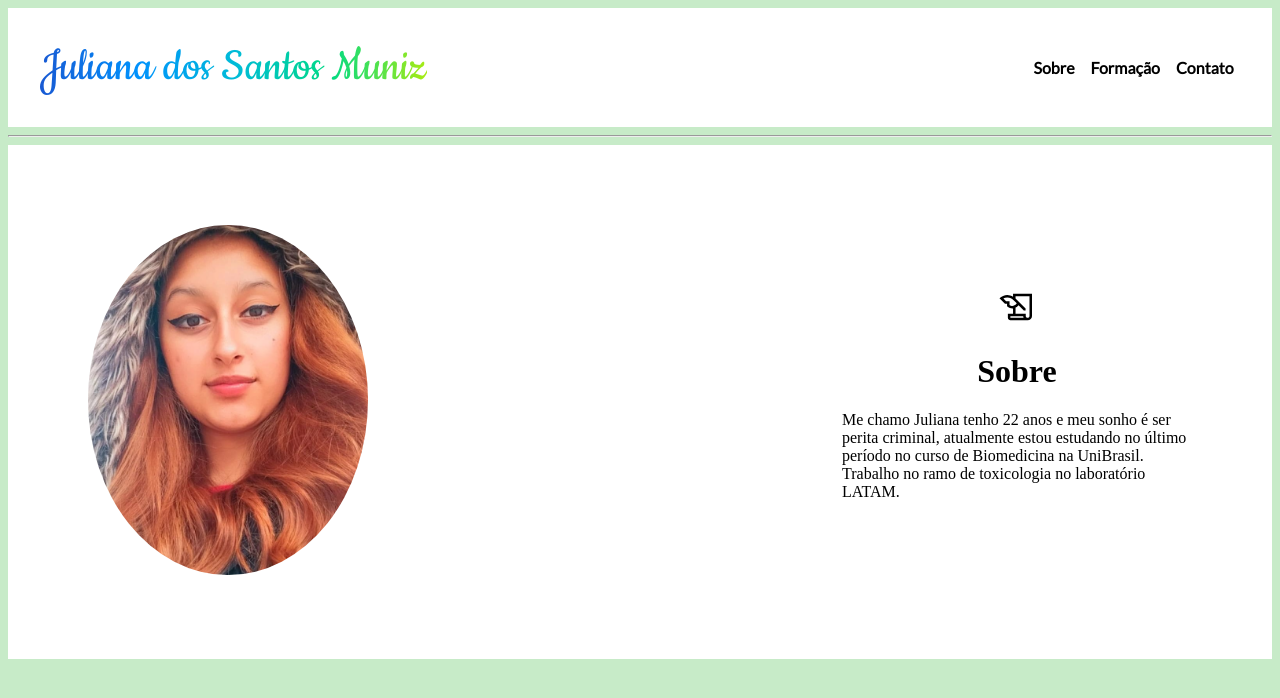
Repository: joaovnogueira/Portfolio-Juliana
Page: index.html
An editor plug-in stored every save of this project. The page is shown before and after the next save, followed by the edit.
The browser window is 1280 px wide. The pictures show the whole page.

Above is the page before, as saved 2022-06-14 16:13:03.

After the next save:
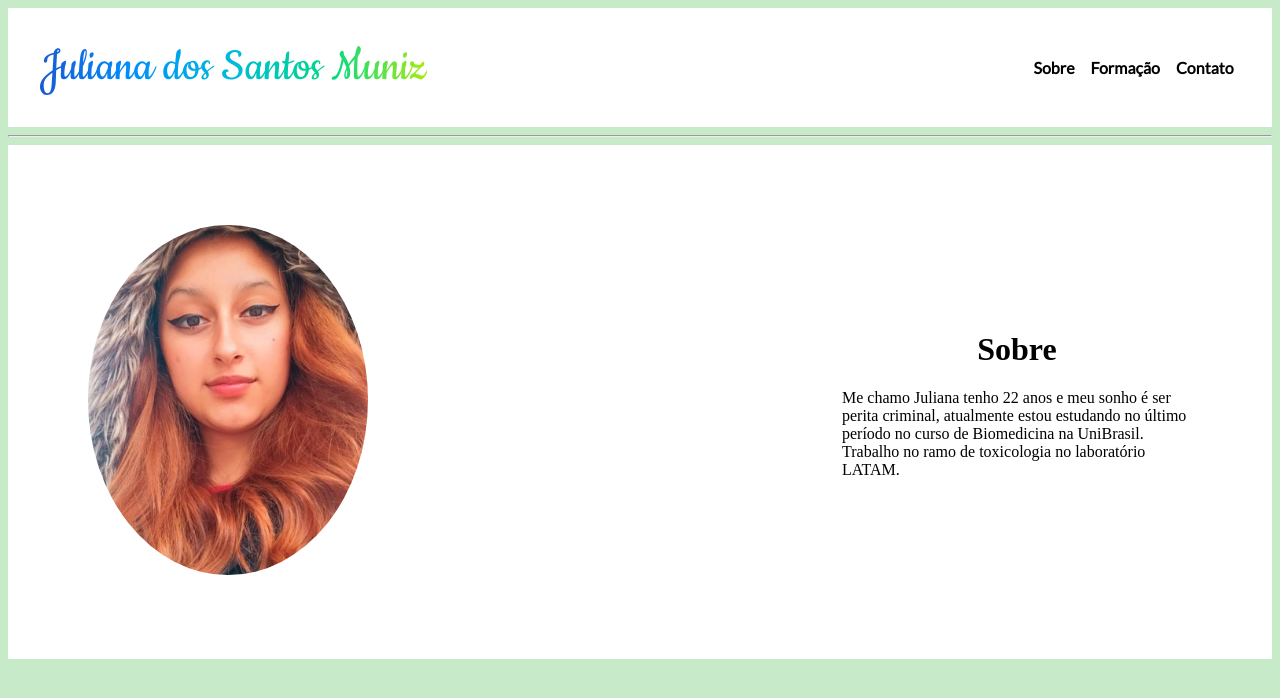
Saved 27 s later.
--- a/index.html
+++ b/index.html
@@ -26,7 +26,7 @@
             </div>
             <div class="separator"></div>
             <div class="conteudo">
-                <img src="./assets/sobre.svg" alt="" class="icon"><h1>Sobre</h1>
+                <h1>Sobre</h1>
                 <p>Me chamo Juliana tenho 22 anos e meu sonho é ser perita criminal,
                 atualmente estou estudando no último período no curso de Biomedicina na UniBrasil.
                 Trabalho no ramo de toxicologia no laboratório LATAM.</p>
